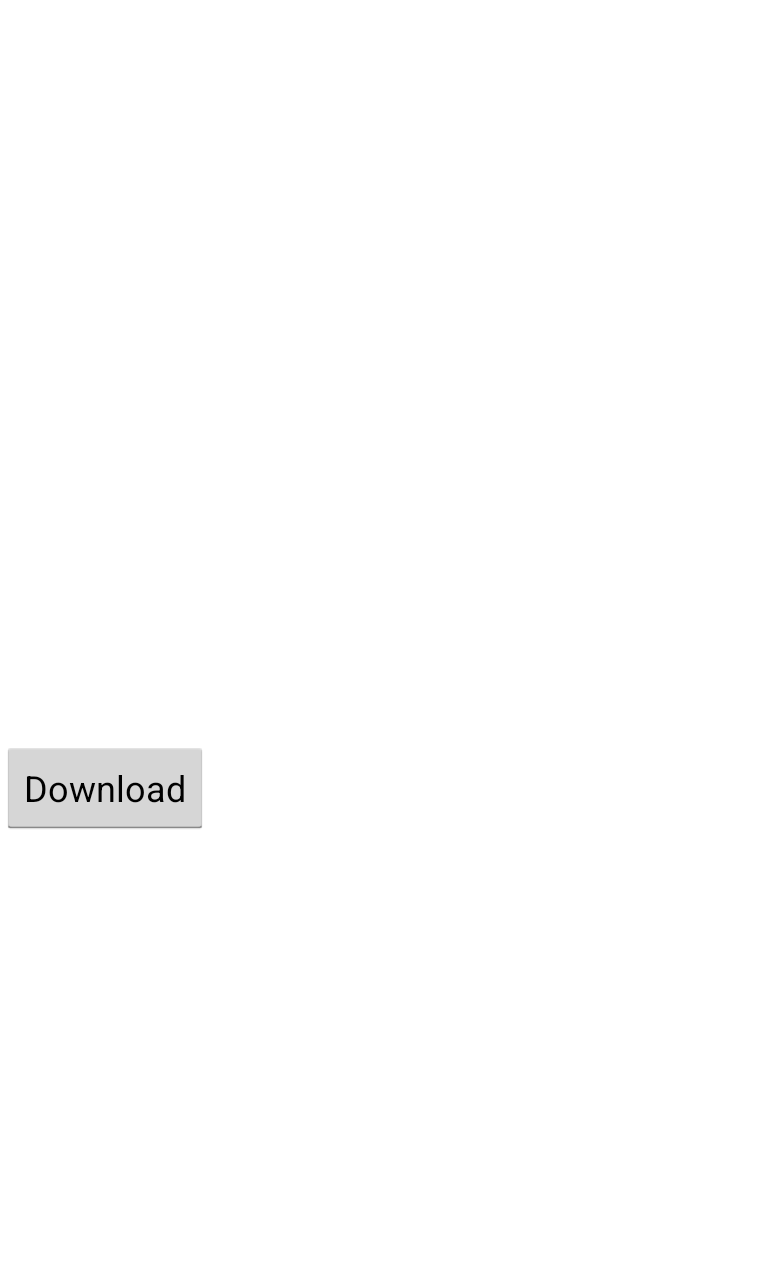
Repository: Liu-D-Henrry/Android
Layout: DemoAsyncTask/res/layout/async_task_test.xml
An editor plug-in stored every save of this project. The layout is shown before and after the next save, followed by the edit.
It is drawn on a 768 x 1280 px phone screen (xhdpi) without system bars, with theme AppTheme; the app's code is not run.

Above is the layout before, as saved 2013-08-29 02:44:35.

### DemoAsyncTask/res/layout/async_task_test.xml
<?xml version="1.0" encoding="utf-8"?>
<LinearLayout xmlns:android="http://schemas.android.com/apk/res/android"
    android:layout_width="match_parent"
    android:layout_height="match_parent"
    android:orientation="vertical" >

    <ScrollView
        android:layout_width="match_parent"
        android:layout_height="350dp"
        android:layout_marginTop="10dp" >

    	<TextView
        	android:id="@+id/content"
        	android:layout_width="match_parent"
        	android:layout_height="wrap_content" />

    </ScrollView>

    <Button
        android:id="@+id/download"
        android:layout_width="wrap_content"
        android:layout_height="wrap_content"
        android:layout_marginTop="10dp"
        android:layout_marginBottom="10dp"
        android:text="@string/button" />

</LinearLayout>

### DemoAsyncTask/res/values/strings.xml
<?xml version="1.0" encoding="utf-8"?>
<resources>

    <string name="app_name">DemoAsyncTask</string>
    <string name="action_settings">Settings</string>
    <string name="hello_world">Hello world!</string>

    <string name="button">Download</string>

</resources>

Loaded but not shown: DemoAsyncTask/res/values/styles.xml (common file); DemoAsyncTask/res/values-v11/styles.xml (common file); DemoAsyncTask/res/values-v14/styles.xml (common file)

After the next save:
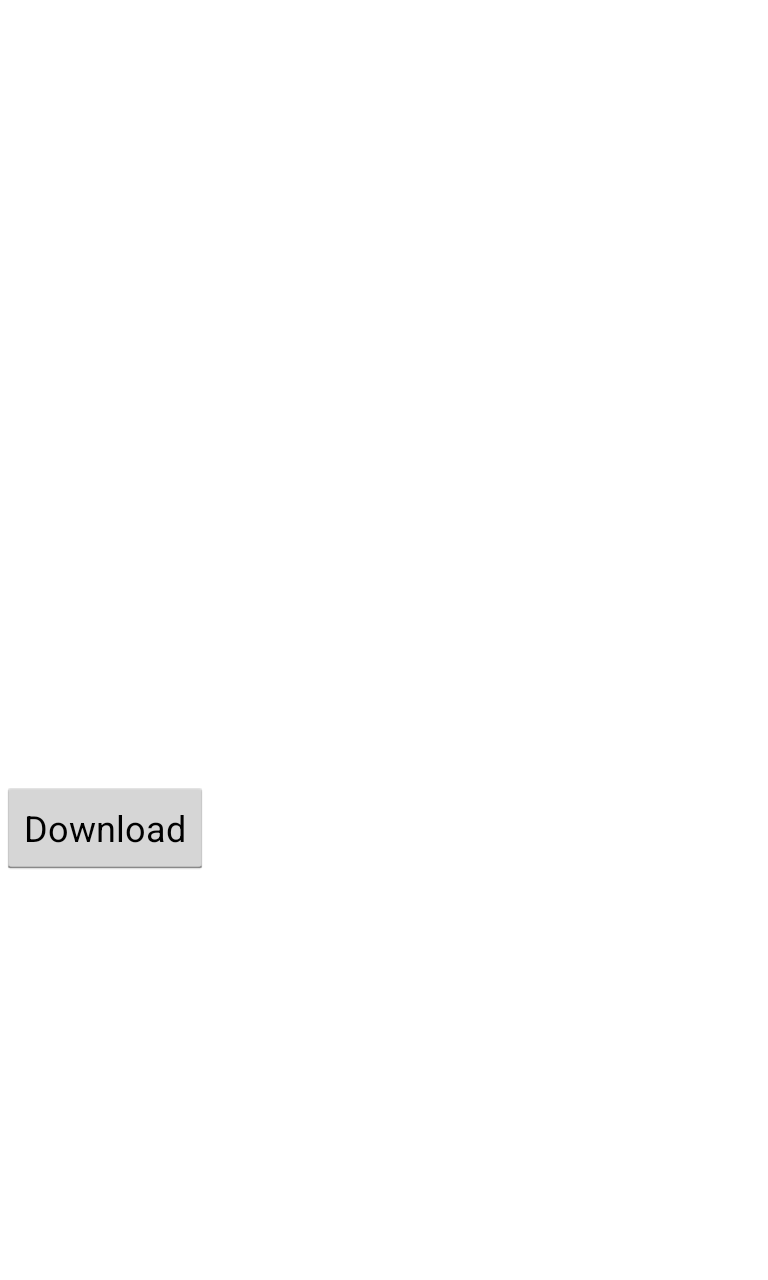
Saved 7 s later.
--- a/DemoAsyncTask/res/layout/async_task_test.xml
+++ b/DemoAsyncTask/res/layout/async_task_test.xml
@@ -6,7 +6,7 @@
 
     <ScrollView
         android:layout_width="match_parent"
-        android:layout_height="350dp"
+        android:layout_height="370dp"
         android:layout_marginTop="10dp" >
 
     	<TextView
